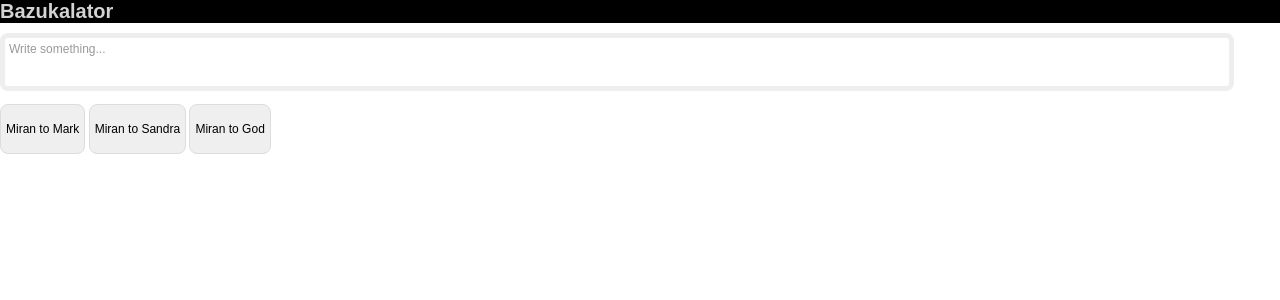
Repository: mbadzak/bazukalator
Page: Bazukalator/assets/www/index.html
These files come from the project's save history. The page is drawn as it stood at one moment and after the next save; the edit follows.
The browser window is 1280 px wide. The pictures show the whole page.

Above is the page before, as saved 2012-10-14 05:58:54.

After the next save:
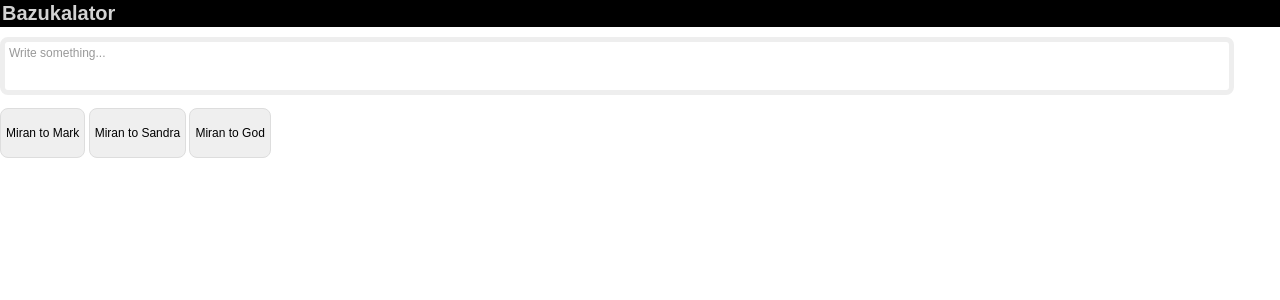
Saved 71 s later.
--- a/Bazukalator/assets/www/index.html
+++ b/Bazukalator/assets/www/index.html
@@ -37,7 +37,7 @@ body {
     var orig_text = "";
 </script>
 <div class="this_page">
-  <div class="generic_heading" style="color: lightgray; background: black;">
+  <div class="generic_heading" style="color: lightgray; background: black; padding: 2px;">
     Bazukalator
   </div>
   <div style="margin-top: 10px; text-align: left;">
